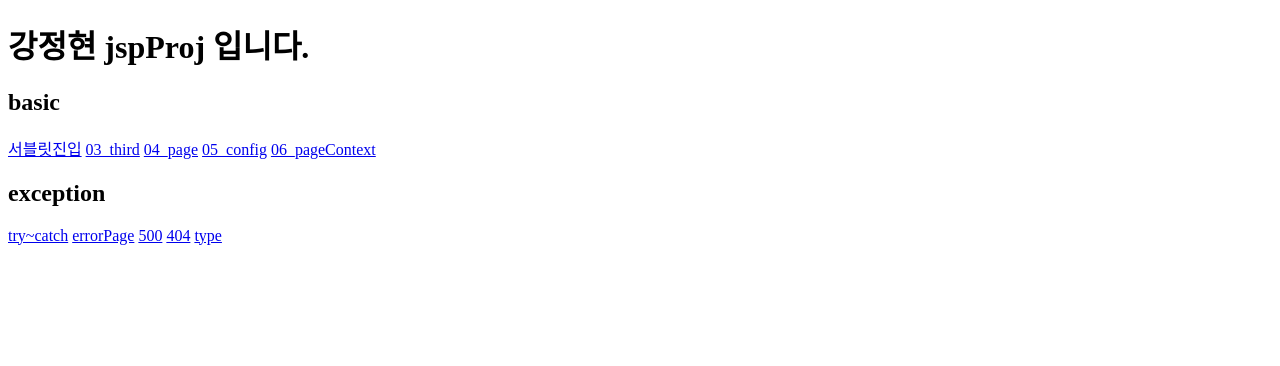
Repository: Jamikidu/newJsp
Page: http://localhost/jspProj/
An editor plug-in stored every save of this project. The page is shown before and after the next save, followed by the edit.
The browser window is 1280 px wide. The pictures show the whole page.
The page is served by Tomcat 9.

Above is the page before, as saved 2023-07-27 06:38:43.

After the next save:
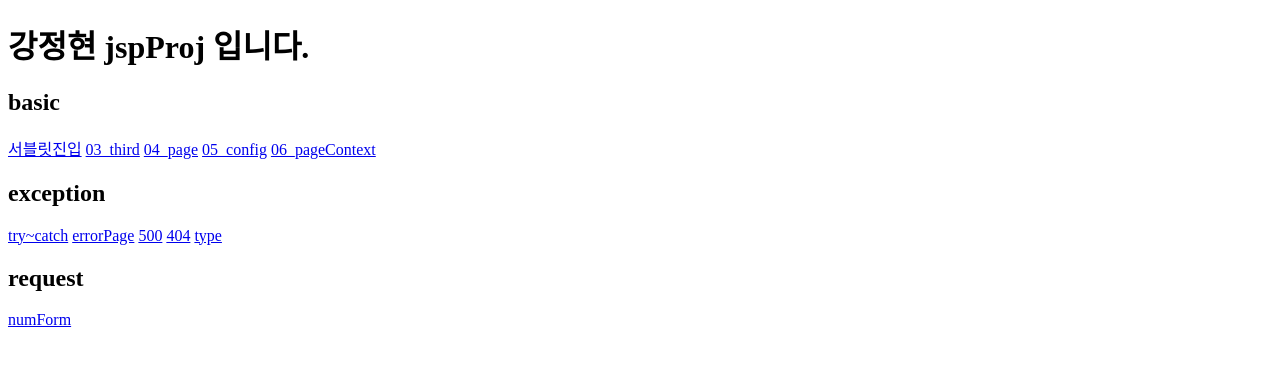
Saved 102 s later.
--- a/jspProj/src/main/webapp/index.jsp
+++ b/jspProj/src/main/webapp/index.jsp
@@ -20,6 +20,8 @@
 <a href="err/ccc.jsp">500</a>
 <a href="err/ddd.jsp">404</a>
 <a href="err/eee.jsp">type</a>
+<h2>request</h2>
+<a href="request/numForm.jsp">numForm</a>
 
 </body>
 </html>
